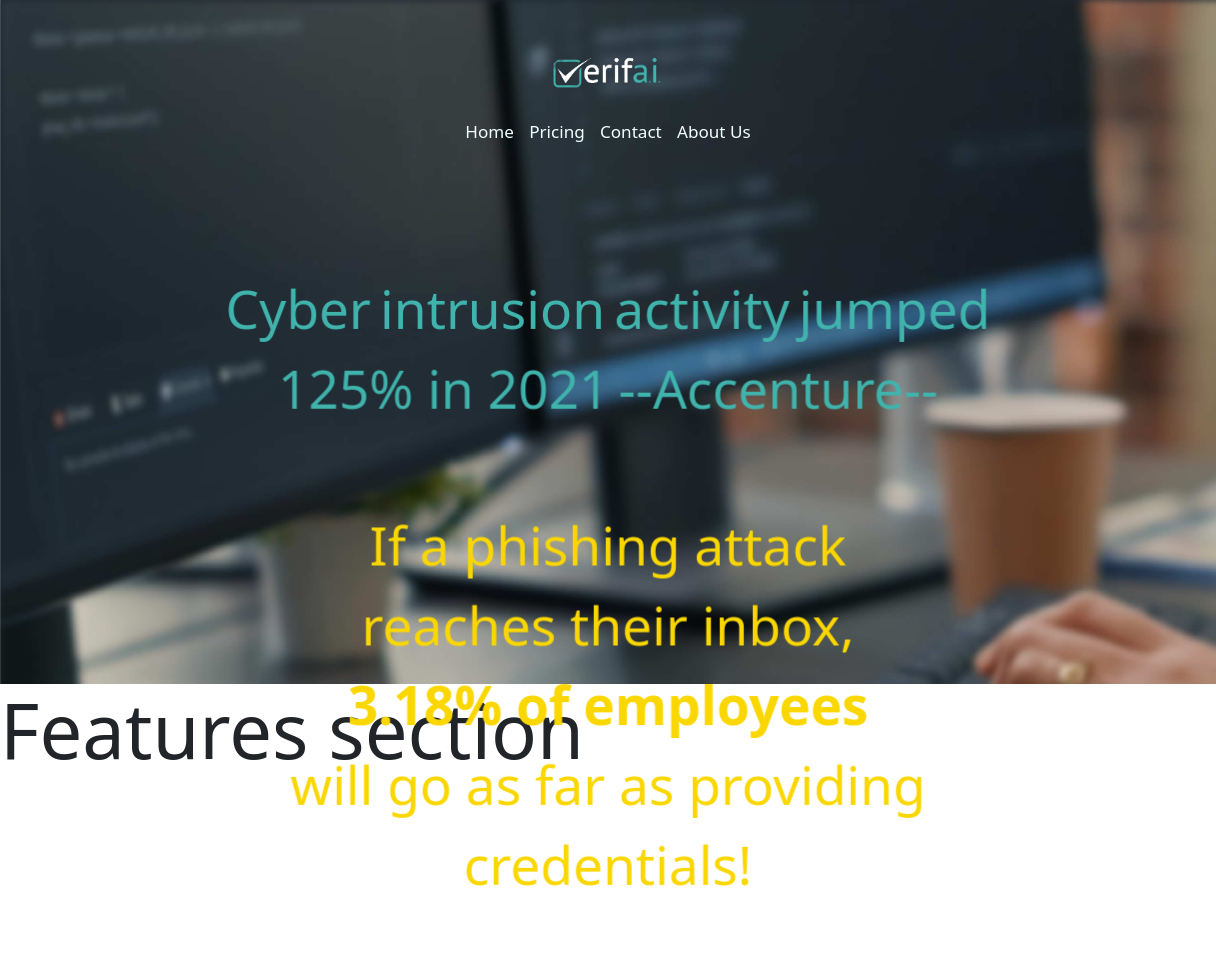
Repository: Ali-VB/verif-website
Page: /
These files come from the project's save history. The page is drawn as it stood at one moment and after the next save; the edit follows.
The browser window is 1280 px wide. The pictures show the whole page, at 95% of full size.
The project was rebuilt for these pictures with package versions that can differ from the ones it lists, and the page was loaded fresh each time.

Above is the page before, as saved 2022-04-19 09:34:56.

### src/index.css
 body {
  margin: 0;
  padding: 0;
  font-family: -apple-system, BlinkMacSystemFont, 'Segoe UI', 'Roboto', 'Oxygen',
    'Ubuntu', 'Cantarell', 'Fira Sans', 'Droid Sans', 'Helvetica Neue',
    sans-serif;
  -webkit-font-smoothing: antialiased;
  -moz-osx-font-smoothing: grayscale;
}

/* code {
  font-family: source-code-pro, Menlo, Monaco, Consolas, 'Courier New',
    monospace;
}  */

### src/App.js
import React from "react";
import './App.css'
import Navbar from './components/Navbar/Navbar';
import Features from './components/Features/Features'
import Header from './components/Header/Header'


function App() {
  return (
    <div>
      <div className="nav-bg">
        <Navbar />
        <Header />

      </div>
       <Features />
    </div>

  );
}

export default App;

### src/App.css

.nav-bg{
    background-image: url("./Assets/imgs/nav-bg.png");
    height: 100vh;
}

### src/components/Navbar/Navbar.jsx
import React from "react";
import "./Navbar.css";
import verifLogo from "../../Assets/imgs/logo_verif_white.png";
import Header from "../Header/Header";

function Navbar() {
  return (
    <div className="container">
      <div className=" navbar">
        <img className="verif-logo" src={verifLogo} alt="verif-logo" />
        <ul className="navLink">
          <li>Home</li>
          <li>Pricing</li>
          <li>Contact</li>
          <li>About Us</li>
        </ul>
      </div>
    </div>
  );
}

export default Navbar;

### src/components/Features/Features.jsx
import React from 'react'

export default function
h1() {
  return (
    <div>
        <h1 className='display-1'>Features section </h1>
    </div>
  )
}

### src/components/Header/Header.jsx
import React from "react";
import "./Header.css";

export default function Header() {
  return (
    <div className="header-animated">
      <div className="text-first">
        <span className="text-first-span">Cyber</span>
        <span className="text-first-span">intrusion</span>
        <span className="text-first-span">activity</span>
        <span className="text-first-span">jumped</span>
        <span className="text-first-span">125% in 2021</span>
        <span className="text-first-span">--Accenture--</span>
      </div>
      <div className="text-second">
        <span className="text-second-span">If a phishing attack reaches their inbox,</span>
        <span className="text-second-span">3.18% of employees</span>
        <span className="text-second-span">
          will go as far as providing credentials!
        </span>
      </div>
    </div>
  );
}

### src/components/Navbar/Navbar.css

.navbar{
    display: flex;
    flex-direction: column;
    justify-content: center;
    height:10rem;
}
.verif-logo{
    width: 8rem;
    margin-top: 3rem;
}
.verif-logo:hover{
    cursor: pointer;
}
.navLink{
    margin: 0;
    padding:0;
    list-style-type: none;
    display: flex;
    color: azure;
    font-size: 18px;
    gap: 1rem;

}
.navLink:hover{
    cursor: pointer;
}

### src/components/Header/Header.css
.header-animated{
    overflow-wrap:break-word;
    margin:0 auto;
    padding: 3rem 5rem;
}

.text-first {
    padding: 2rem 2rem;
    color: #40B3AC;
    font-size:3rem;
    width: 40%;
    margin: 0 auto;
    text-align: center;
    transform: scale(0.94);
    animation: scale 2s forwards cubic-bezier(0.5, 1, 0.89, 1);
  }
.text-second {
    padding: 2rem 2rem;
    color: #FAD700;
    font-size:3.5rem;
    width: 70%;
    margin: 0 auto;
    text-align: center;
    transform: scale(0.94);
    animation: scale 3s forwards cubic-bezier(0.5, 1, 0.89, 1);
  }
  @keyframes scale {
    100% {
      transform: scale(1);
    }
  }

  .text-first-span {
    display: inline-block;
    opacity: 0;
    filter: blur(4px);
  }

  .text-first-span:nth-child(1) {
    animation: fade-in 1s 0.1s forwards cubic-bezier(0.11, 0, 0.5, 0);
    margin: 0 0.3rem;
  }

  .text-first-span:nth-child(2) {
    animation: fade-in 1s 0.3s forwards cubic-bezier(0.11, 0, 0.5, 0);
    margin: 0 0.3rem;
  }

  .text-first-span:nth-child(3) {
    animation: fade-in 1s 0.5s forwards cubic-bezier(0.11, 0, 0.5, 0);
    margin: 0 0.3rem;
  }

  .text-first-span:nth-child(4) {
    animation: fade-in 1s 0.7s forwards cubic-bezier(0.11, 0, 0.5, 0);
    margin: 0 0.3rem;
  }

  .text-first-span:nth-child(5) {
    animation: fade-in 1s 0.9s forwards cubic-bezier(0.11, 0, 0.5, 0);
    margin: 0 0.3rem;
  }
  .text-first-span:nth-child(6) {
    animation: fade-in 1s 0.9s forwards cubic-bezier(0.11, 0, 0.5, 0);
    margin: 0 0.3rem;
  }

  .text-second-span {
    display: inline-block;
    opacity: 0;
    filter: blur(4px);
  }

  .text-second-span:nth-child(1) {
    animation: fade-in 1.2s 2.2s forwards cubic-bezier(0.11, 0, 0.5, 0);
    margin: 0 0.3rem;
  }

  .text-second-span:nth-child(2) {
    animation: fade-in 1.8s 2.6s forwards cubic-bezier(0.11, 0, 0.5, 0);
    margin: 0 0.3rem;
    font-weight: bolder;
  }

  .text-second-span:nth-child(3) {
    animation: fade-in 1.2s 3.6s forwards cubic-bezier(0.11, 0, 0.5, 0);
    margin: 0 0.3rem;
  }


  @keyframes fade-in {
    100% {
      opacity: 1;
      filter: blur(0);
    }
  }

  @media only screen and (min-width: 1200px) {
    .text-first {
        margin-top: 4.5rem;
        margin-bottom: 3rem;
        padding: 0.1rem 0.1rem;
        width: 90%;
        font-size:3.5rem;


      }
  }

  @media only screen and (max-width: 768px) {
    .text-first {
        margin-top: 4.5rem;
        margin-bottom: 3rem;
        padding: 0.1rem 0.1rem;
        width: 90%;
        font-size:1.5rem;


      }
    .text-second {
        padding: 0.1rem 0.1rem;
        width: 90%;
        font-size:2.1rem;

      }
  }

Loaded but not shown: public/index.html (common file); src/index.js (common file); src/reportWebVitals.js (common file)

After the next save:
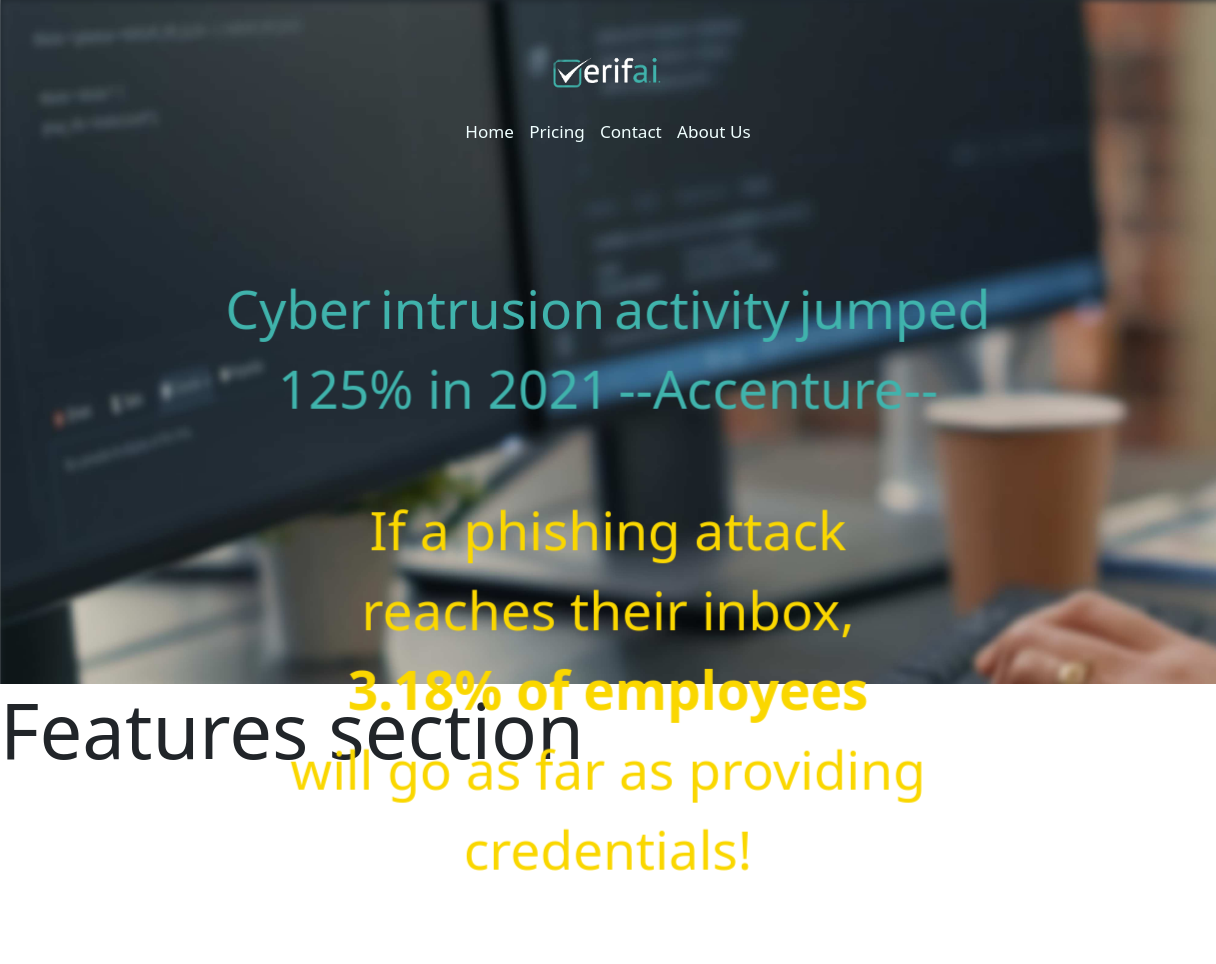
Saved 18 s later.
--- a/src/components/Header/Header.css
+++ b/src/components/Header/Header.css
@@ -98,7 +98,7 @@
   @media only screen and (min-width: 1200px) {
     .text-first {
         margin-top: 4.5rem;
-        margin-bottom: 3rem;
+        margin-bottom: 2rem;
         padding: 0.1rem 0.1rem;
         width: 90%;
         font-size:3.5rem;
